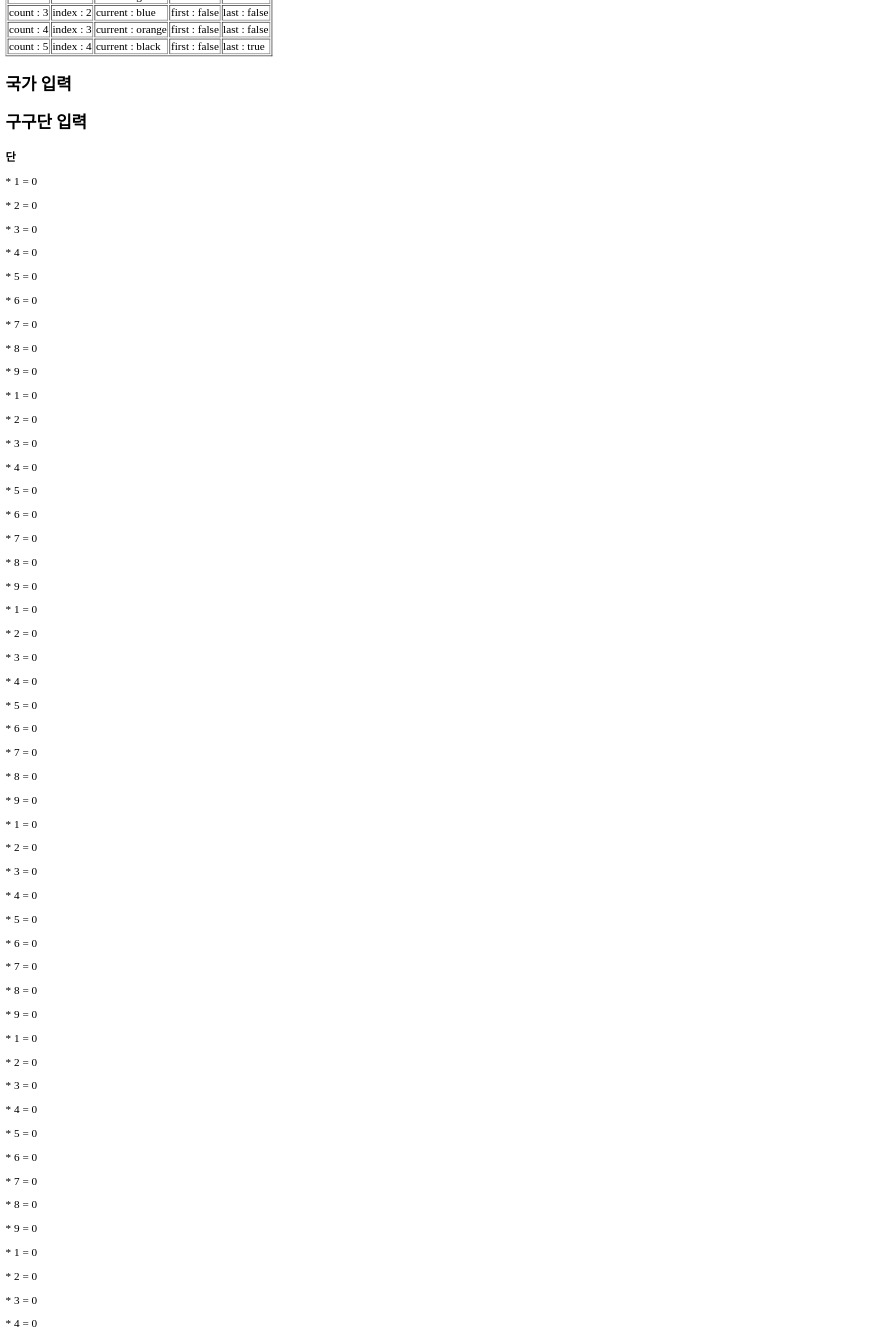
Repository: Jh1227/JSP
Page: http://localhost/13_JSTL/ex06_forEach.jsp
An editor plug-in stored every save of this project. The page is shown before and after the next save, followed by the edit.
The browser window is 1280 px wide. The pictures show the part of the page from y = 526 to 2446 px (the page is 3540 px tall before and 1004 px after), at 70% of full size.
The page is served by Tomcat 9. Other server files are loaded and not shown.

Above is the page before, as saved 2023-04-11 03:35:08.

### 13_JSTL/src/main/webapp/ex06_forEach.jsp

<!-- ex06_forEach.jsp -->

<%@ page language="java" contentType="text/html; charset=UTF-8"
    pageEncoding="UTF-8"%>
<%@ taglib prefix ="c" uri ="http://java.sun.com/jsp/jstl/core" %>
<!DOCTYPE html>
<html>
<head>
<meta charset="UTF-8">
<title>ex06_forEach.jsp</title>
</head>
<body>
	<h1>forEach</h1>
	<%--
		# <c:forEach> : for 문을 대체하는 태그입니다
		- <c:forEach var ="변수명" begin ="시작값" end ="마지막값" step ="증가값"/>
		  <c:forEach var ="변수명" items ="컬렉션 or 배열"/>
	--%>
	<h2>일반 forEach</h2>
	<c:forEach var ="i" begin ="1" end ="5" step ="1">
		<p>i : ${i }</p>
	</c:forEach>
	<br>

	<h2>향상된 forEach</h2>
	<%
		String[] colors = { "red", "green", "blue", "orange", "black" };
	%>
	<c:forEach var ="stn" items ="<%=colors %>">
		<span style= "color:${stn}">${stn }</span>
	</c:forEach>
	<br>

	<h2>varStatus</h2>
	<table border ="1">
		<c:forEach var ="stn" items ="<%=colors %>" varStatus ="check">
			<tr>
				<td> count : ${check.count } </td>
				<td> index : ${check.index } </td>
				<td> current : ${check.current } </td>
				<td> first : ${check.first } </td>
				<td> last : ${check.last } </td>
			</tr>
		</c:forEach>
	</table>

	<h2>국가 입력</h2>
	<c:forEach var ="stn" items ="${paramValues.country }">
		<p>${stn }</p>
	</c:forEach>

	<h2>구구단 입력</h2>
	<c:set var ="dan" value ="${param.dan }"/>
	<p><strong>${dan } 단</strong></p>
	<table border ="1">
	<c:forEach var ="su"  begin ="1" end ="9" step ="1">
		<c:forEach var ="i" begin ="1" end ="9" step ="1">
			<p>${param.dan } * ${i } = ${param.dan*i }</p>
		</c:forEach>
	</c:forEach>
	</table>
</body>
</html>

After the next save:
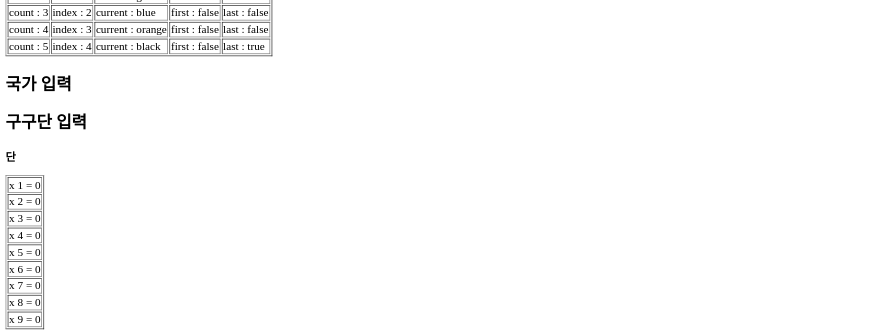
Saved 44 s later.
--- a/13_JSTL/src/main/webapp/ex06_forEach.jsp
+++ b/13_JSTL/src/main/webapp/ex06_forEach.jsp
@@ -54,11 +54,11 @@
 	<c:set var ="dan" value ="${param.dan }"/>
 	<p><strong>${dan } 단</strong></p>
 	<table border ="1">
-	<c:forEach var ="su"  begin ="1" end ="9" step ="1">
-		<c:forEach var ="i" begin ="1" end ="9" step ="1">
-			<p>${param.dan } * ${i } = ${param.dan*i }</p>
+		<c:forEach var ="su"  begin ="1" end ="9" step ="1">
+		<tr>
+			<td>${dan } x ${su } = ${dan*su }</td>
+		</tr>
 		</c:forEach>
-	</c:forEach>
 	</table>
 </body>
 </html>
